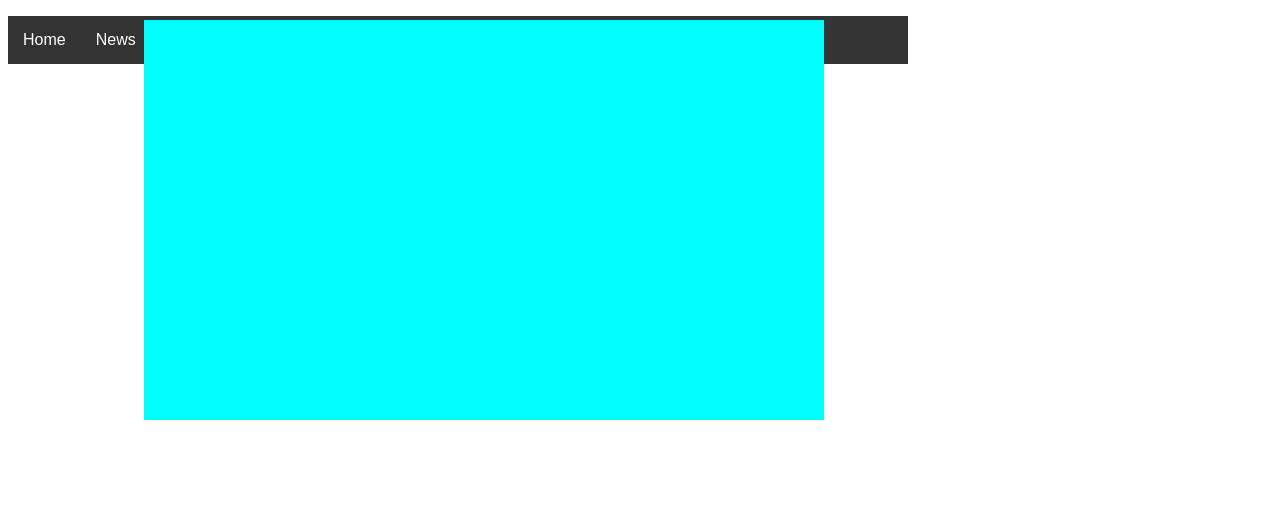
Repository: LongNguyen2504/T3H-FrondEnd
Page: Lesson3_CSS_HomeWork3.html
An editor plug-in stored every save of this project. The page is shown before and after the next save, followed by the edit.
The browser window is 1280 px wide. The pictures show the whole page.

Above is the page before, as saved 2021-12-01 22:23:25.

### Lesson3_CSS_HomeWork3.html
<!DOCTYPE html>
<html lang="en">
<head>
    <meta charset="UTF-8">
    <meta http-equiv="X-UA-Compatible" content="IE=edge">
    <meta name="viewport" content="width=device-width, initial-scale=1.0">
    <title>Document</title>
    <link rel="stylesheet" href="Lesson3_CSS_HomeWork3.css">
</head>
<body>
    <div class="ancestor-div">
        <div class="menu-div">
            <div class="menu-content">
                <ul class="ul-menu">
                    <li class="li-menu"><a class="a-menu" href="#1">Home</a></li>
                    <li class="li-menu"><a class="a-menu" href="#1">News</a></li>
                    <li class="li-menu"><a class="a-menu" href="#1">Contact</a></li>
                    <li class="li-menu"><a class="a-menu" href="#1">About</a></li>
                </ul>
            </div>
        </div>
        <div class="nested-div">

        </div>
    </div>
</body>
</html>

### Lesson3_CSS_HomeWork3.css
div.ancestor-div{
    width: 900px;
    height: 400px;
    font-family: Arial, Helvetica, sans-serif;
}
div.menu-div{
    height: 48px;
    background-color: #333333 ;
}
div.menu-content{
    position: relative;
    left: -40px;
    width: 800px;
    height: 48px;
}
div.nested-div{
    width: 680px;
    height: 400px;
    background-color: aqua;
    position: absolute;
    left: 144px;
    top: 20px;
}
ul.ul-menu{
    list-style-type: none;

}
.li-menu {
 float: left;
}
a.a-menu{
    display: inline-block;
    padding: 15px;
    color: white;
    text-decoration: none;
    text-align: center;

}
.a-menu:hover{
    background-color: #4caf50;
}

After the next save:
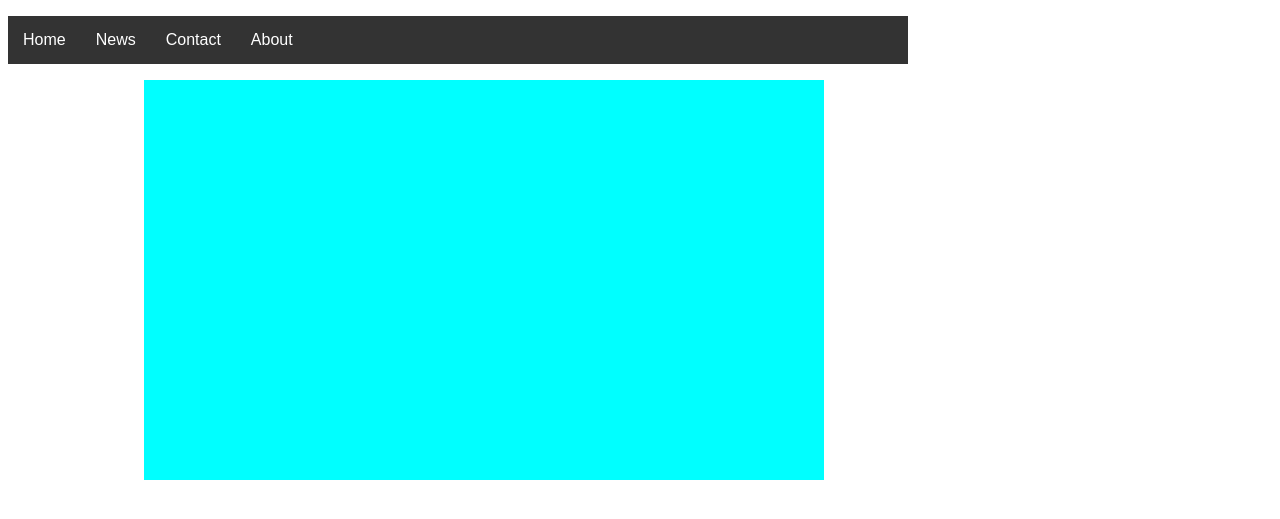
Saved 17 s later.
--- a/Lesson3_CSS_HomeWork3.css
+++ b/Lesson3_CSS_HomeWork3.css
@@ -19,7 +19,7 @@ div.nested-div{
     background-color: aqua;
     position: absolute;
     left: 144px;
-    top: 20px;
+    top: 80px;
 }
 ul.ul-menu{
     list-style-type: none;
